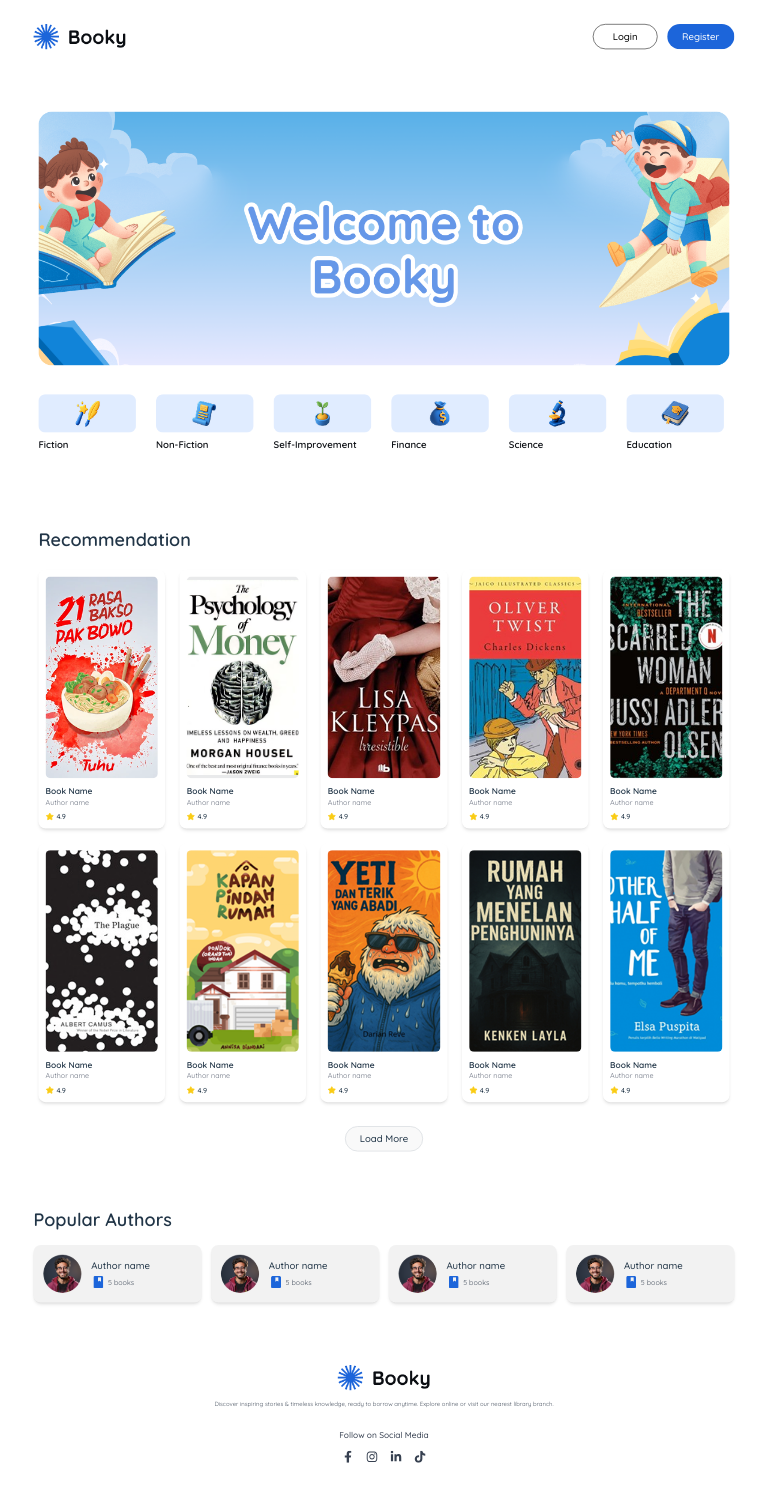
Repository: faridsyafaat/library-app
Page: /
An editor plug-in stored every save of this project. The page is shown before and after the next save, followed by the edit.
The browser window is 1280 px wide. The pictures show the whole page, at 60% of full size.
The project was rebuilt for these pictures with package versions that can differ from the ones it lists, and the page was loaded fresh each time. Also part of the build but not shown: vite.config.ts, src/pages/Login.tsx, src/pages/Register.tsx.

Above is the page before, as saved 2025-11-24 22:03:23.

After the next save:
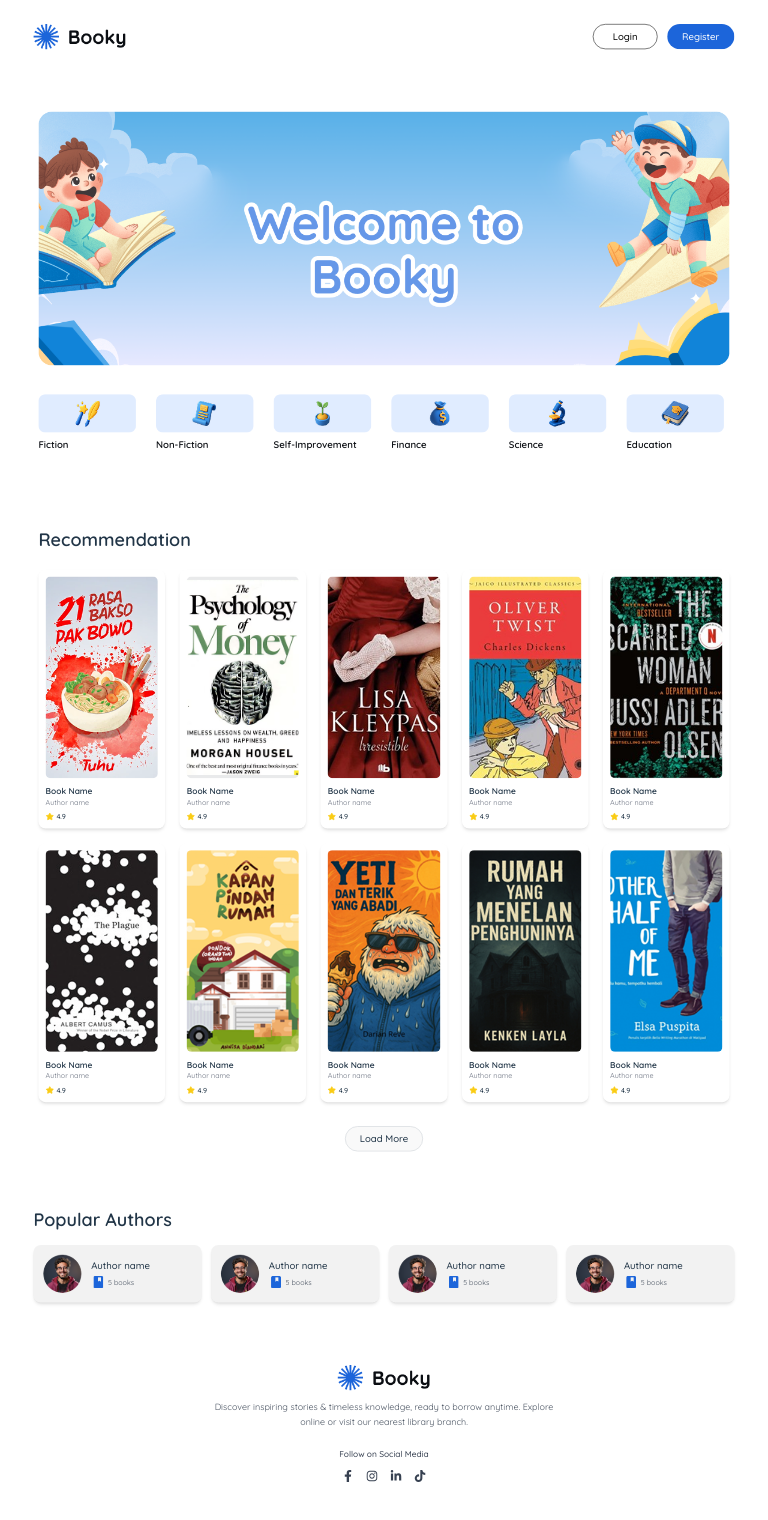
Saved 14 s later.
--- a/src/components/layout/FooterSection.tsx
+++ b/src/components/layout/FooterSection.tsx
@@ -14,7 +14,7 @@
       </div>
 
       {/* Description */}
-      <p className="max-w-xl mx-auto text-gray-600 text-[10px] leading-relaxed mb-8">
+      <p className="max-w-xl mx-auto text-gray-600 text-[15px] leading-relaxed mb-8">
         Discover inspiring stories & timeless knowledge, ready to borrow anytime.
         Explore online or visit our nearest library branch.
       </p>
